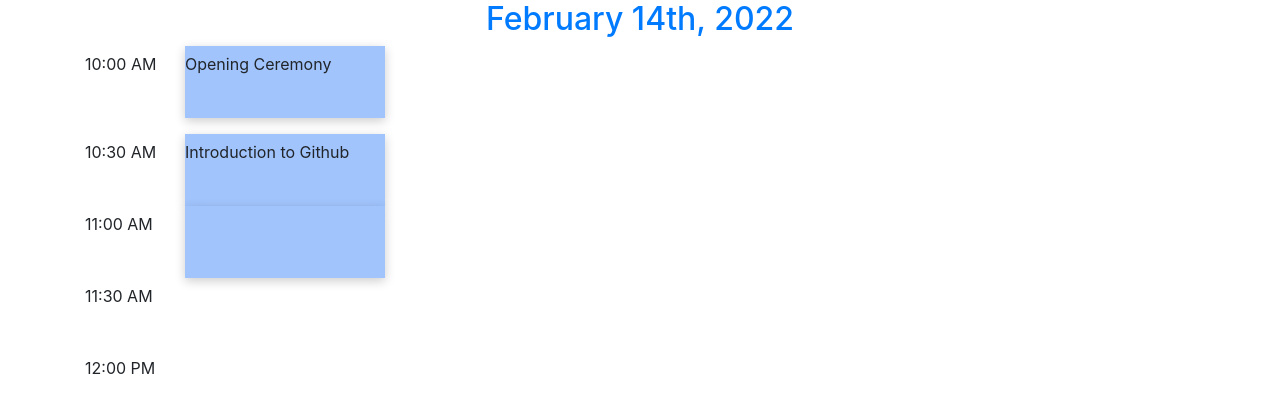
Repository: BaileyLuu/yuHacks2022
Page: public/schedule.html
An editor plug-in stored every save of this project. The page is shown before and after the next save, followed by the edit.
The browser window is 1280 px wide. The pictures show the whole page.
Some web libraries are served in a nearby version.

Above is the page before, as saved 2021-11-20 13:42:19.

After the next save:
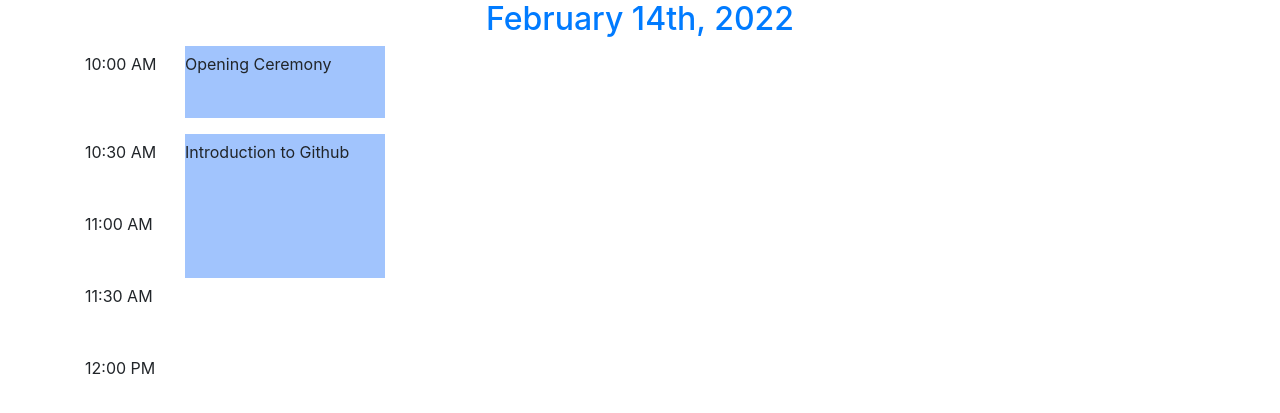
Saved 11 s later.
--- a/public/schedule.css
+++ b/public/schedule.css
@@ -15,14 +15,14 @@
 .session-box{
   /* background-image: linear-gradient(120deg, #a1c4fd 0%, #c2e9fb 100%); */
   background-color:#a1c4fd;
-  box-shadow: 0 3px 10px rgb(0 0 0 / 0.2);
+  /* box-shadow: 0 3px 10px rgb(0 0 0 / 0.2); */
   position:relative;
   flex-wrap: wrap;
 }
 .extra-time{
   /* background-image: linear-gradient(180deg, #c2e9fb 100%, #a1c4fd 100%); */
   background-color:#a1c4fd;
-  box-shadow: 0 3px 10px rgb(0 0 0 / 0.2);
+  /* box-shadow: 0 3px 10px rgb(0 0 0 / 0.2); */
   position:relative;
   flex-wrap: wrap;
   border:0;
